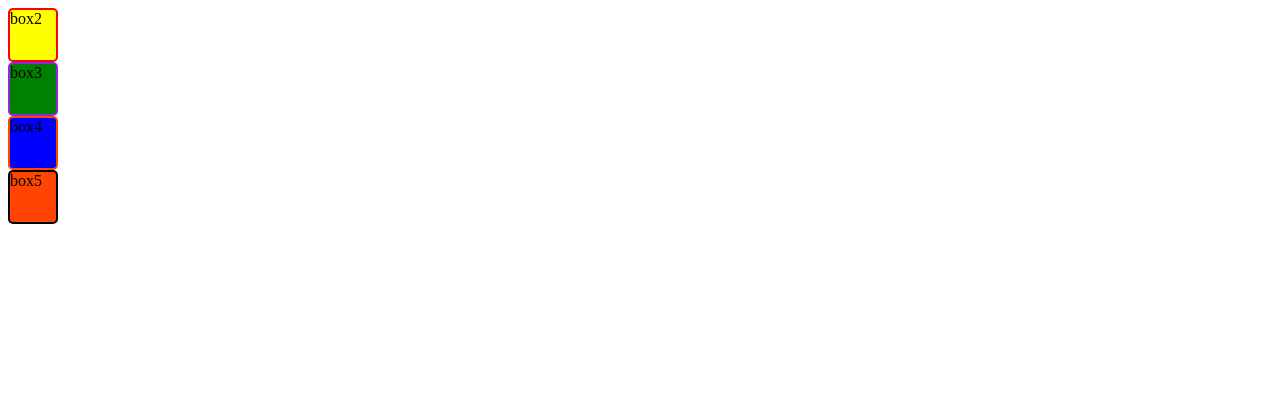
Repository: ABDUSALIMSUBAHIELBASHI/full-html-css-js
Page: Desktop/coding/css/indexday2.html
The author's editor kept a copy of each file at every save. The page is drawn from the files as they stood at one save, then again after the next save.
The browser window is 1280 px wide. The pictures show the whole page.

Above is the page before, as saved 2025-09-16 10:58:00.

After the next save:
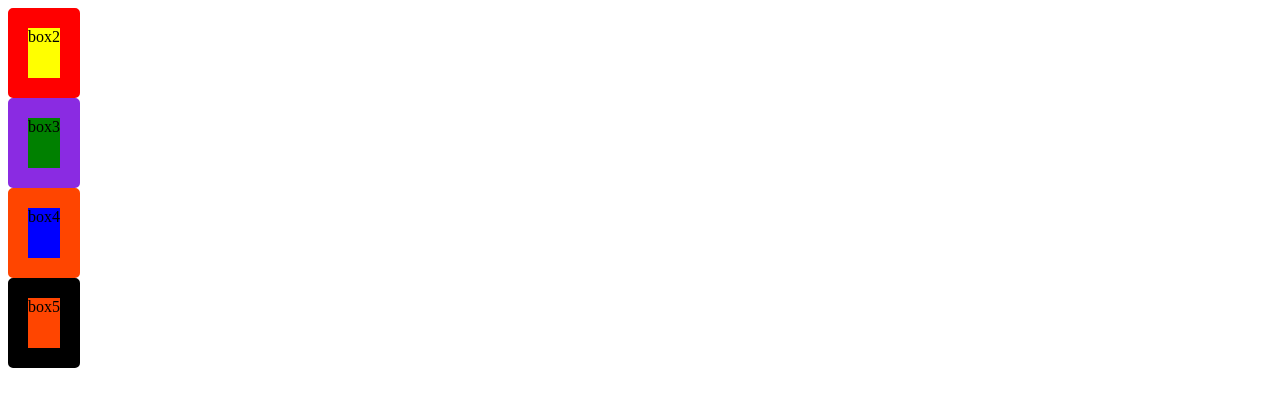
Saved 2 min 9 s later.
--- a/Desktop/coding/css/indexday2.css
+++ b/Desktop/coding/css/indexday2.css
@@ -15,14 +15,14 @@
     width: 50px;
     height: 50px;
     border-radius: 5px;
-    border: 2px solid red;
+    border: 20px solid red;
 }
 .box3{
  background-color:green;
     width: 50px;
     height: 50px;
     border-radius: 5px;
-    border: 2px solid blueviolet;
+    border: 20px solid blueviolet;
 }
 
 .box4{
@@ -30,7 +30,7 @@
     width: 50px;
     height: 50px;
     border-radius: 5px;
-    border: 2px solid orangered;
+    border: 20px solid orangered;
 }
 
 .box5{
@@ -38,5 +38,5 @@
     width: 50px;
     height: 50px;
     border-radius: 5px;
-    border: 2px solid black;
+    border: 20px solid black;
 }
